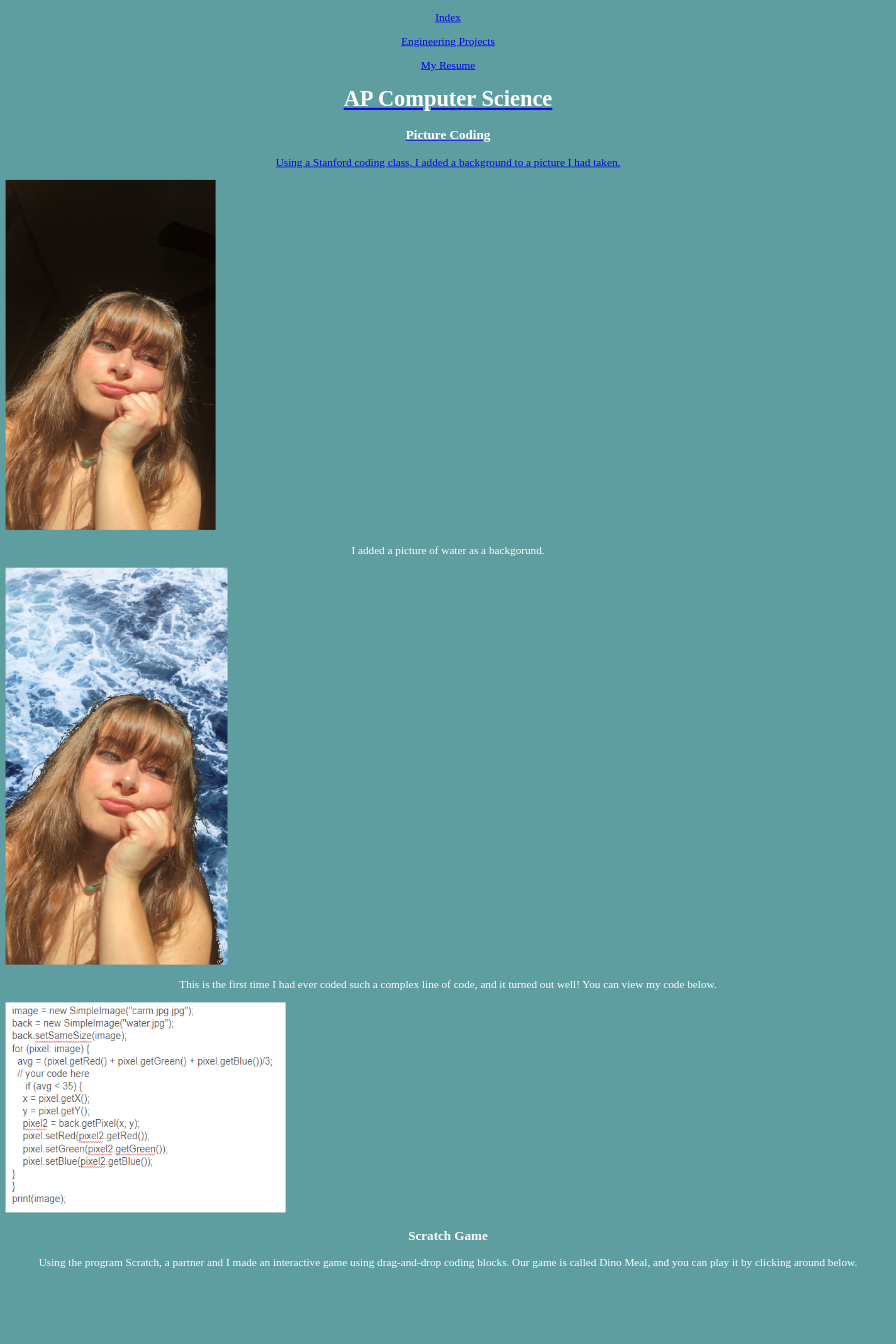
Repository: cdzendzel/cdzendzel.github.io
Page: apcs.html
The author's editor kept a record of every edit. The page is drawn from the files as they stood at one moment, then again after the next edit.
The browser window is 1280 px wide. The pictures show the part of the page from y = 0 to 1920 px (the page is 2907 px tall before and 3012 px after), at 70% of full size.
Pictures or frames that could not be fetched are drawn as grey boxes.

Above is the page before.

### apcs.html


<!DOCTYPE html>
<html>
     <body style="background-color:cadetblue;">
<head>
<title>Carmela's Webpage</title>
</head>
<body>
<p style="text-align:center; color:white;"><a href="index.html" target = "_blank">Index</a></p>
<p style="text-align:center; color:white;"><a href="engineering.html" target = "_blank">Engineering Projects</p>
<p style="text-align:center; color:white;"><a href="resume.html" target = "_blank">My Resume</p>

<h1 style="text-align:center; color:white;">AP Computer Science</h1>
<h3 style="text-align:center; color:white;">Picture Coding</h3>
</body>
</html>
</body>
</html>

<p style="text-align:center; color:white;">Using a Stanford coding class, I added a background to a picture I had taken.  </a></p>
<img src="images/carm.jpg.JPG" alt="Picture of me before coding" width="300" height="500">
<p style="text-align:center; color:white;">I added a picture of water as a backgorund.  <a></p>
<img src="images/carm.water.code.PNG" alt="Picture of me after coding with water as the background"">
<p style="text-align:center; color:white;">This is the first time I had ever coded such a complex line of code, and it turned out well! You can view my code below.</a></p>
<img src="images/pic.code.PNG" alt="Carmela's Picture Code" width="400" height="300">

<h3 style="text-align:center; color:white;">Scratch Game</h3>
<p style="text-align:center; color:white;">Using the program Scratch, a partner and I made an interactive game using drag-and-drop coding blocks. Our game is called Dino Meal, and you can play it by clicking around below.  </a></p>
<iframe src="https://docs.google.com/presentation/d/e/2PACX-1vQlzyCuhyRdYywk_B_c0P-xEZjcl4PeS42tZtRi-OlesZ-Pv65c4r4OaglgzEBHuYl5XDBwqpA1L_Ub/embed?start=false&loop=false&delayms=3000" frameborder="0" width="960" height="569" allowfullscreen="true" mozallowfullscreen="true" webkitallowfullscreen="true" width="500"  height="400"></iframe>

<h3 style="text-align:center; color:white;">Interactive Fiction Story</h3>
<p style="text-align:center; color:white;">With another pair, I created an interactive fiction story based off the story of the Wizard of Oz.  You can view our code and play our game below.  </a></p>
<iframe height="400px" width="100%" src="https://repl.it/@gabib44/Interactive-Story?lite=true" scrolling="no" frameborder="no" allowtransparency="true" allowfullscreen="true" sandbox="allow-forms allow-pointer-lock allow-popups allow-same-origin allow-scripts allow-modals" width="500" height="750"></iframe>
</body>

After the next edit:
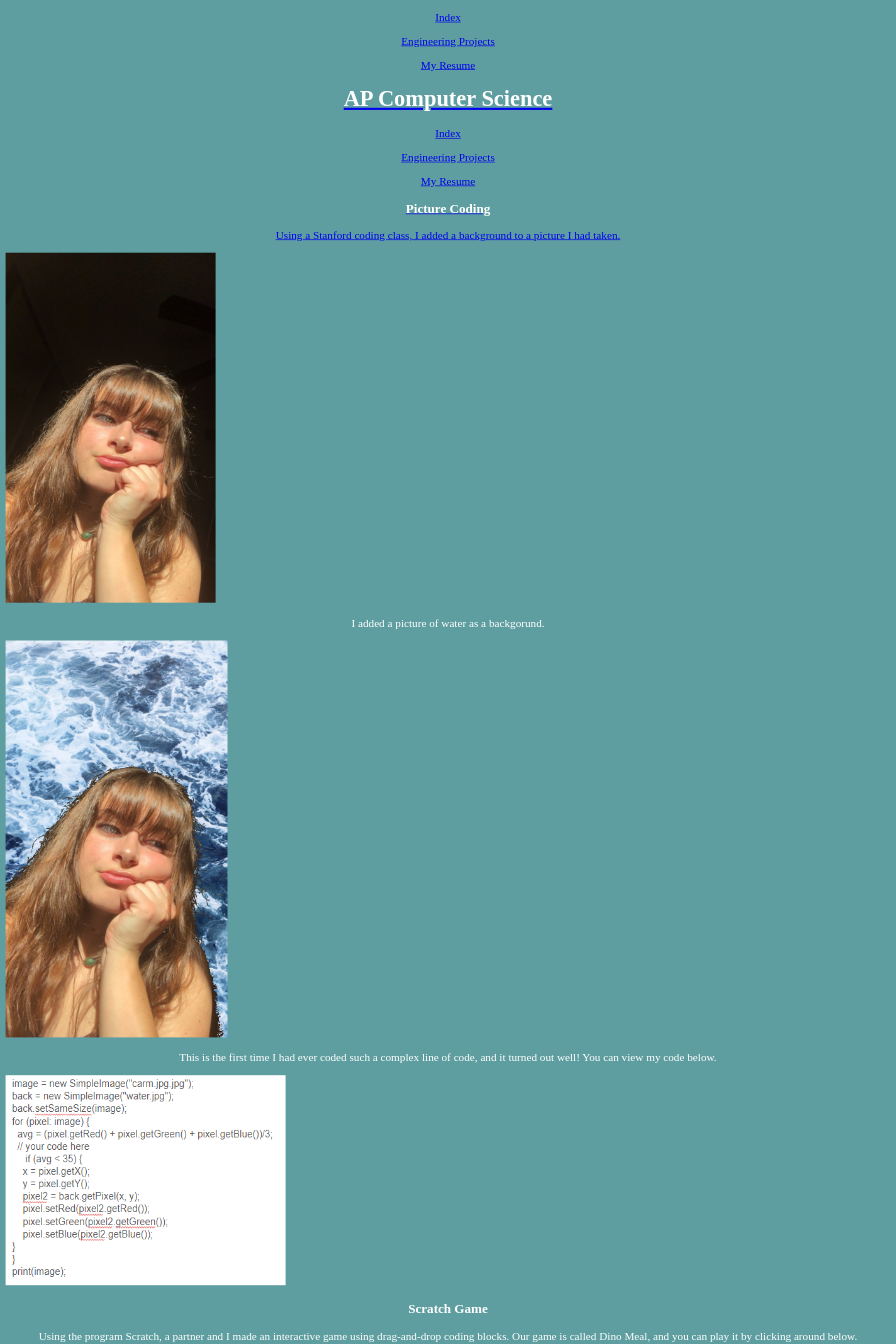
The edit:
--- a/apcs.html
+++ b/apcs.html
@@ -12,6 +12,10 @@
 <p style="text-align:center; color:white;"><a href="resume.html" target = "_blank">My Resume</p>
 
 <h1 style="text-align:center; color:white;">AP Computer Science</h1>
+<p style="text-align:center; color:white;"><a href="index.html" target = "_blank">Index</a></p>
+<p style="text-align:center; color:white;"><a href="engineering.html" target = "_blank">Engineering Projects</p>
+<p style="text-align:center; color:white;"><a href="resume.html" target = "_blank">My Resume</p>
+
 <h3 style="text-align:center; color:white;">Picture Coding</h3>
 </body>
 </html>
